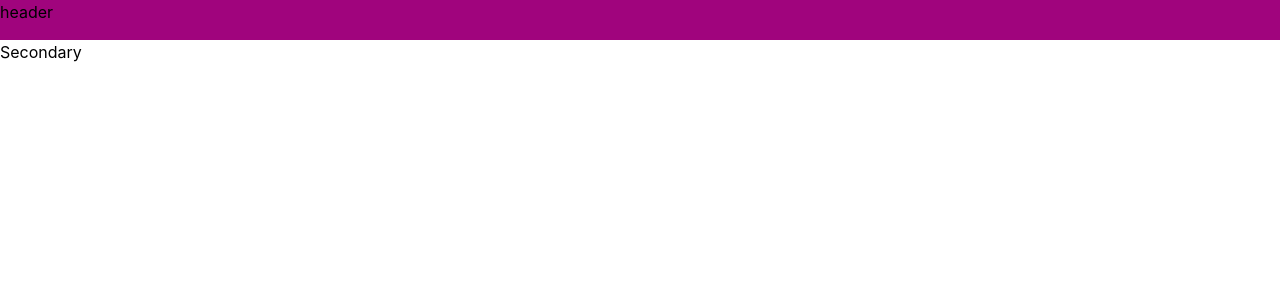
Repository: Sushant203/react-training-
Page: /
An editor plug-in stored every save of this project. The page is shown before and after the next save, followed by the edit.
The browser window is 1280 px wide. The pictures show the whole page.
The project was rebuilt for these pictures with package versions that can differ from the ones it lists, and the page was loaded fresh each time. Also part of the build but not shown: src/App.css, src/components/LowerNav.jsx, src/components/UpperNav.jsx.

Above is the page before, as saved 2022-12-19 09:23:15.

### src/App.js

import './App.css';
import LowerNav from './components/LowerNav';
import UpperNav from './components/UpperNav';
import Layout from './Hoc/Layout/Layout'

function App() {
  return (
    <div>
     <Layout />
    </div>
  );
}

export default App;

### src/Hoc/Layout/Layout.jsx
import React from "react";
import Toolbar from "../../components/Naviagtion/Toolbar/index";

function Layout() {
  return (
    <div>
      {/* toolbar */}
      <Toolbar />
    </div>
  );
}

export default Layout;

### src/components/Naviagtion/Toolbar/index.jsx
import React from "react";
import Header from "./header";
import Secondary from "./Secondary";

function Index() {
  return (
    <div className="h-10 bg-red-400 w-screen">
      <Header />
      <Secondary />
    </div>
  );
}

export default Index;

### src/components/Naviagtion/Toolbar/header.jsx
import React from "react";

function Header() {
  return <div className="h-10 bg-mainColor w-full">header</div>;
}

export default Header;

### src/components/Naviagtion/Toolbar/Secondary.jsx
import React from "react";

function Secondary() {
  return <div>Secondary</div>;
}

export default Secondary;

### tailwind.config.js
/** @type {import('tailwindcss').Config} */
module.exports = {
  content: [
    "./src/**/*.{js,jsx,ts,tsx}",
  ],
  theme: {
    extend: {
      colors:{
        mainColor:'#A0047D'
      }
    },
  },
  plugins: [],
}

Loaded but not shown: public/index.html (common file); src/index.js (common file); src/index.css (common file); src/reportWebVitals.js (common file)

After the next save:
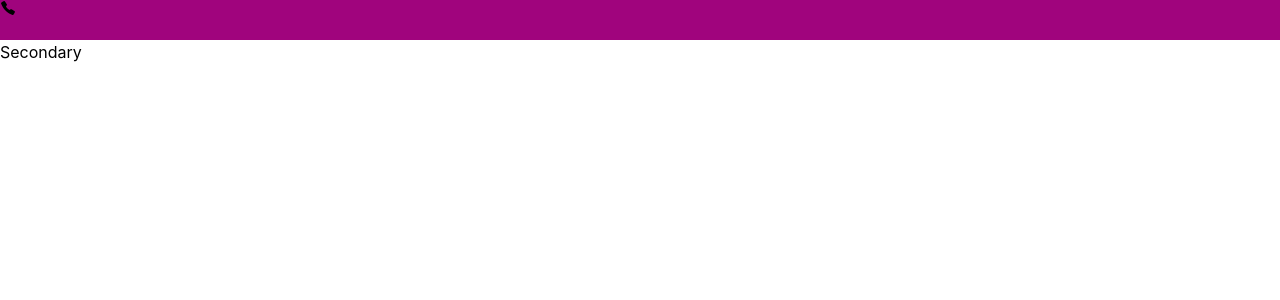
Saved 2 min 35 s later.
--- a/src/components/Naviagtion/Toolbar/header.jsx
+++ b/src/components/Naviagtion/Toolbar/header.jsx
@@ -1,7 +1,15 @@
 import React from "react";
-
+import { IoCallSharp } from "react-icons/io5";
 function Header() {
-  return <div className="h-10 bg-mainColor w-full">header</div>;
+  return (
+    <div className="h-10 bg-mainColor w-full">
+      <div>
+        <div>
+          <IoCallSharp />
+        </div>
+      </div>
+    </div>
+  );
 }
 
 export default Header;
